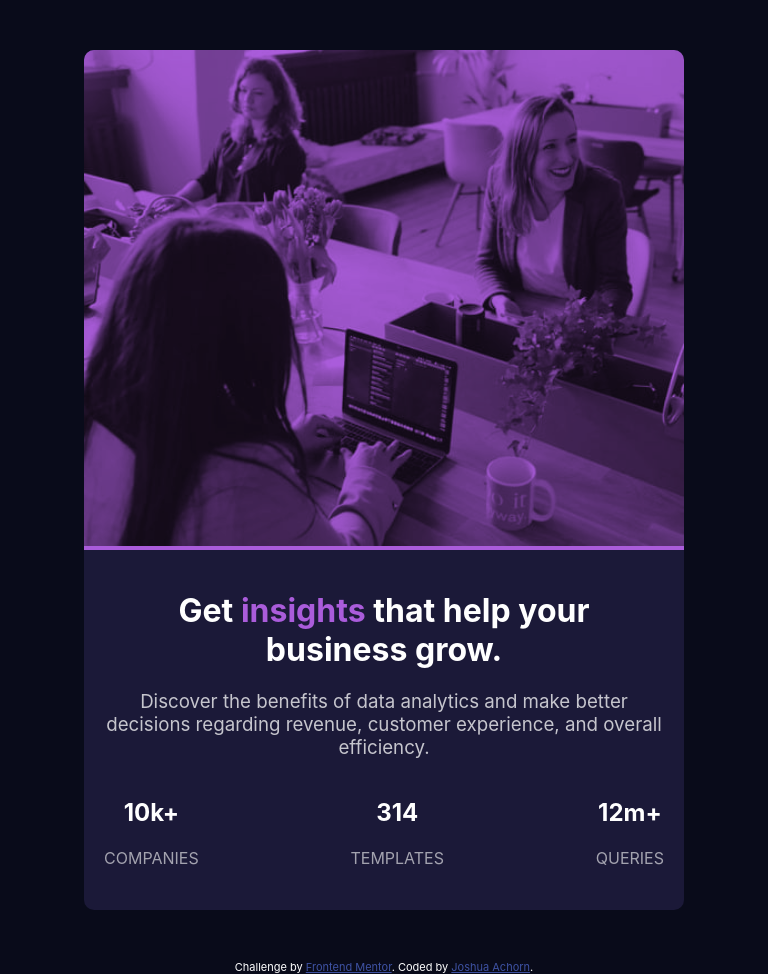
Repository: Achorn/stats-preview-card
Page: index.html
An editor plug-in stored every save of this project. The page is shown before and after the next save, followed by the edit.
The browser window is 768 px wide. The pictures show the whole page.
Some web fonts or font styles are not loaded; a fallback is used.

Above is the page before, as saved 2021-06-17 09:34:52.

### index.html
<!DOCTYPE html>
<html lang="en">
  <head>
    <meta charset="UTF-8" />
    <meta name="viewport" content="width=device-width, initial-scale=1.0" />
    <!-- displays site properly based on user's device -->
    <link rel="stylesheet" href="https://fonts.google.com/specimen/Inter" />
    <link
      rel="stylesheet"
      href="https://fonts.google.com/specimen/Lexend+Deca"
    />

    <link rel="stylesheet" href="styles.css" />
    <link
      rel="icon"
      type="image/png"
      sizes="32x32"
      href="./images/favicon-32x32.png"
    />

    <title>Frontend Mentor | Stats preview card component</title>

    <!-- Feel free to remove these styles or customise in your own stylesheet 👍 -->
    <style>
      .attribution {
        font-size: 11px;
        text-align: center;
      }
      .attribution a {
        color: hsl(228, 45%, 44%);
      }
    </style>
  </head>
  <body>
    <div id="card-container">
      <div id="text-container">
        <div id="title-container">
          <h1 id="title">
            Get <span style="color: hsl(277, 64%, 61%)">insights</span> that
            help your business grow.
          </h1>
          <h3 id="sub">
            Discover the benefits of data analytics and make better decisions
            regarding revenue, customer experience, and overall efficiency.
          </h3>
        </div>

        <div id="desc-container">
          <div id="desc">
            <h2>10k+</h2>
            <h4 id="stat">companies</h4>
          </div>
          <div id="desc">
            <h2>314</h2>
            <h4 id="stat">templates</h4>
          </div>
          <div id="desc">
            <h2>12m+</h2>
            <h4 id="stat">queries</h4>
          </div>
        </div>
      </div>
      <div id="img-container">
        <img id="stat-image" src="./images/image-header-desktop.jpg" alt="" />
      </div>
    </div>
    <div style="color: white; margin-top: 50px" class="attribution">
      Challenge by
      <a href="https://www.frontendmentor.io?ref=challenge" target="_blank"
        >Frontend Mentor</a
      >. Coded by <a href="#">Joshua Achorn</a>.
    </div>
  </body>
</html>

### styles.css
body {
  padding-top: 50px;
  width: 100%;
  /* background-color: white; */
  font-family: "Inter", sans-serif;
  background-color: hsl(233, 47%, 7%);
  height: 100vh;
  /* display: flex;
  flex-direction: column;
  justify-content: center;
  align-items: center; */
  text-align: center;
  margin: 0px;
}

#card-container {
  text-align: left;
  margin: 0 auto;
  overflow: hidden;
  border-radius: 10px;
  width: 90%;
  max-width: 1100px;
  color: white;
  background-color: hsl(244, 38%, 16%);
  display: flex;
}

#text-container {
  padding: 50px;
}
#sub {
  color: hsla(0, 0%, 100%, 0.75);
  font-weight: normal;
}
#desc-container {
  display: flex;
  justify-content: space-between;
  flex-wrap: wrap;
}

#stat {
  color: hsla(0, 0%, 100%, 0.6);
  font-weight: normal;
  text-transform: uppercase;
}
#img-container {
  background: hsl(277, 64%, 61%);
  /* margin: 0px; */
  /* display: inline-block; */
}
img {
  background: hsl(277, 64%, 61%);
  width: 100%;
  height: 100%;
  opacity: 0.9;
  object-fit: cover;
  mix-blend-mode: multiply;
}

@media screen and (max-width: 1000px) {
  #card-container {
    max-width: 600px;
    text-align: center;
    width: 90%;
    flex-direction: column-reverse;
  }
  #text-container {
    padding: 20px;
  }
}

@media screen and (max-width: 500px) {
  #desc-container {
    flex-direction: column;
    justify-content: center;
  }
}

After the next save:
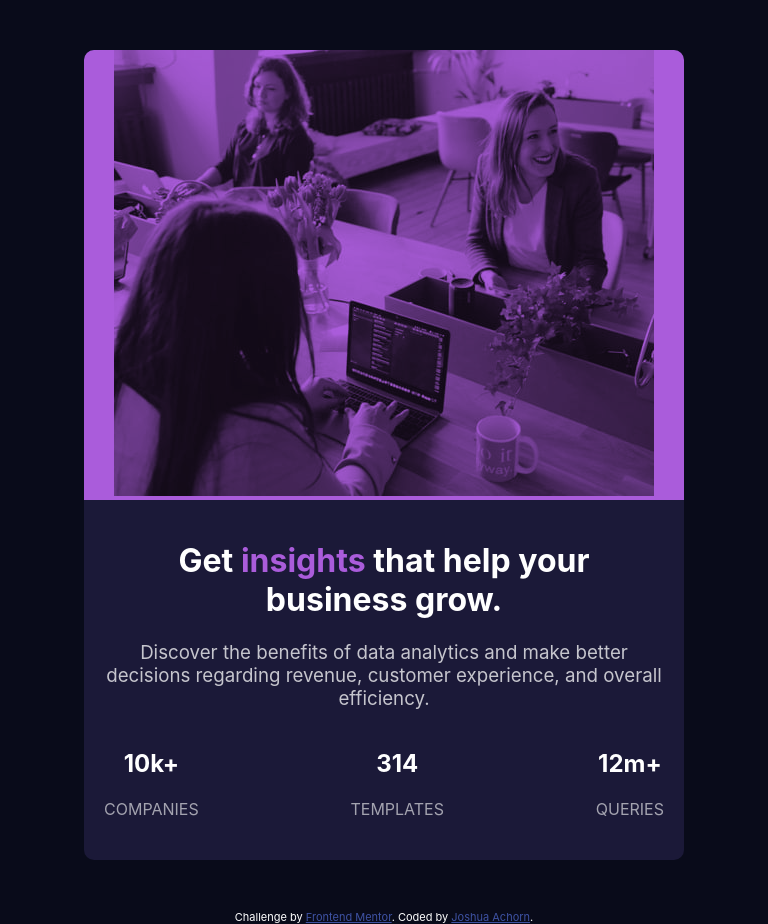
Saved 9 s later.
--- a/styles.css
+++ b/styles.css
@@ -50,10 +50,9 @@
 }
 img {
   background: hsl(277, 64%, 61%);
-  width: 100%;
+  width: auto;
   height: 100%;
   opacity: 0.9;
-  object-fit: cover;
   mix-blend-mode: multiply;
 }
 
@@ -67,6 +66,11 @@
   #text-container {
     padding: 20px;
   }
+  img {
+    object-fit: cover;
+    /* width: 100%; */
+    /* height: 100%; */
+  }
 }
 
 @media screen and (max-width: 500px) {

After the save that followed:
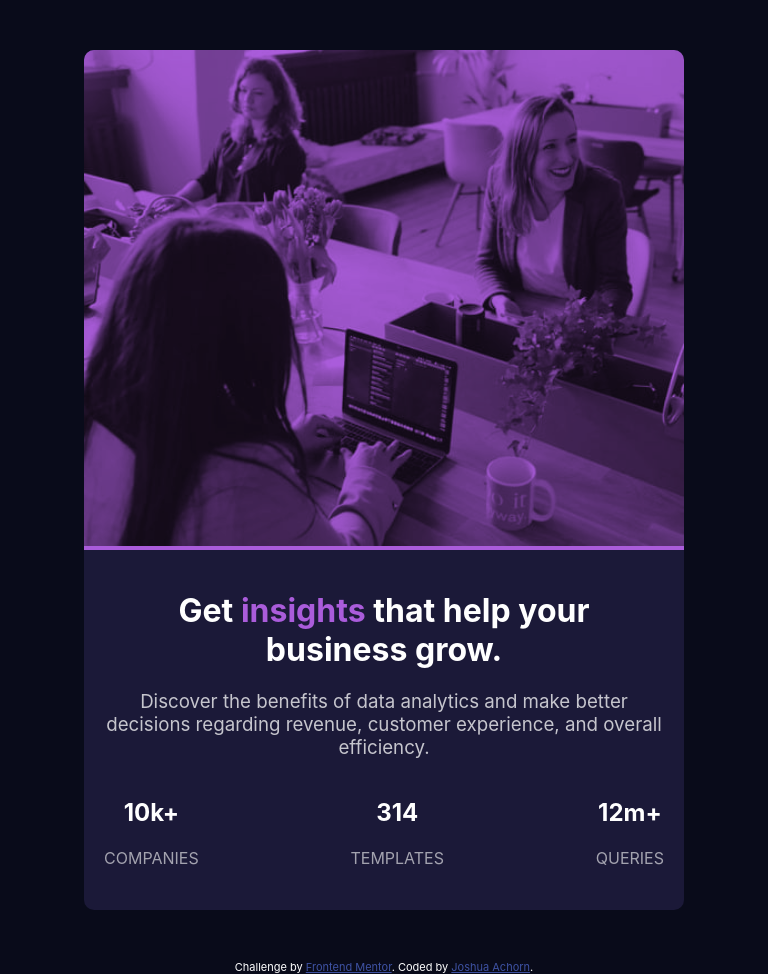
Saved 5 s later.
--- a/styles.css
+++ b/styles.css
@@ -68,7 +68,7 @@
   }
   img {
     object-fit: cover;
-    /* width: 100%; */
+    width: 100%;
     /* height: 100%; */
   }
 }
